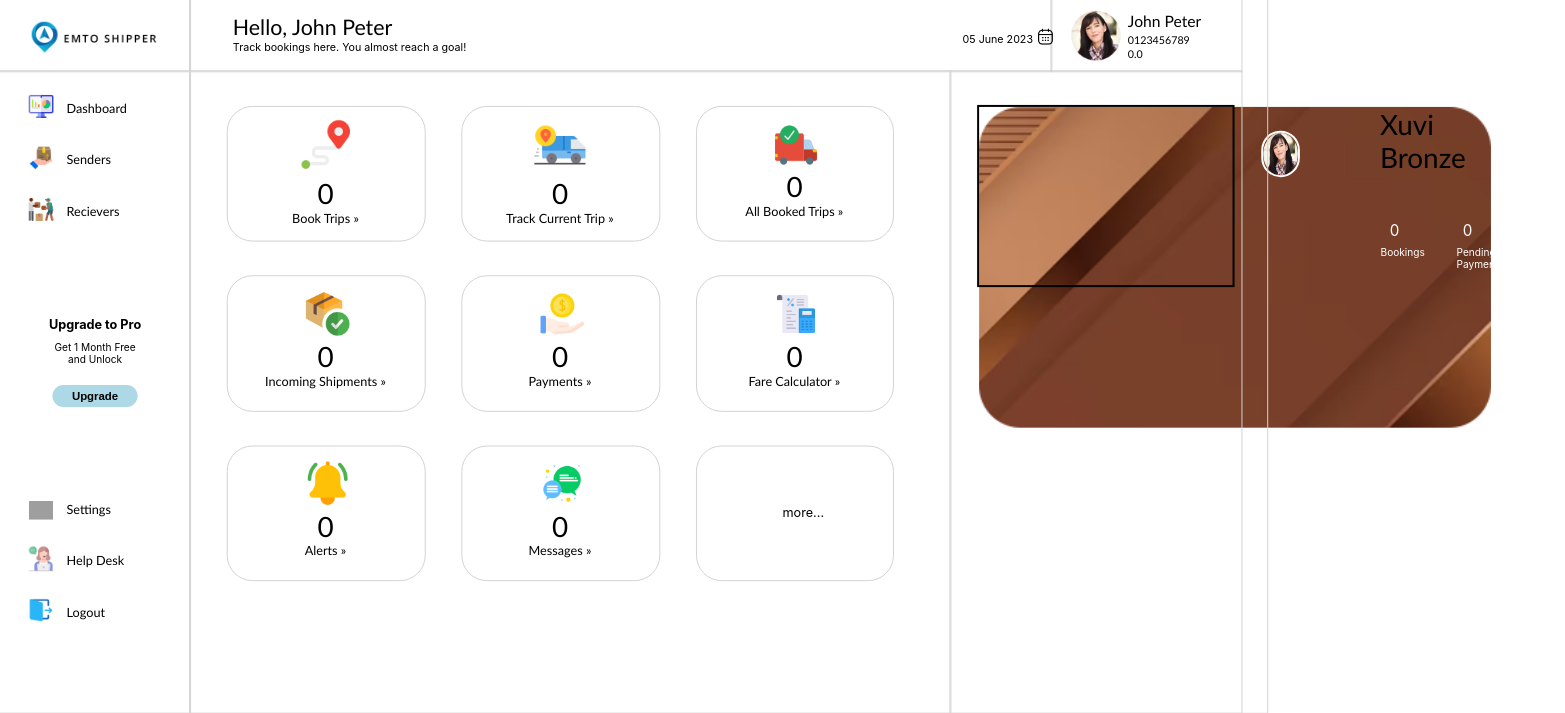
Repository: RoshanArun/Emto-Web
Page: /dashboard (app in emto/reactfirst/)
An editor plug-in stored every save of this project. The page is shown before and after the next save, followed by the edit.
The browser window is 1280 px wide. The page is 1581 px wide, then 1574 px, so the pictures cover 1581 px, including what lies to the right of the window. The pictures show the whole page, at 99% of full size.
Pictures or frames that could not be fetched are drawn as grey boxes. The project was rebuilt for these pictures with package versions that can differ from the ones it lists, and the page was loaded fresh each time. Also part of the build but not shown: emto/reactfirst/src/pages/SignUp/SignUp.css, emto/reactfirst/src/pages/SignUp/SignUp.js, emto/reactfirst/src/pages/Login/Login.js.

Above is the page before, as saved 2023-07-30 02:22:34.

After the next save:
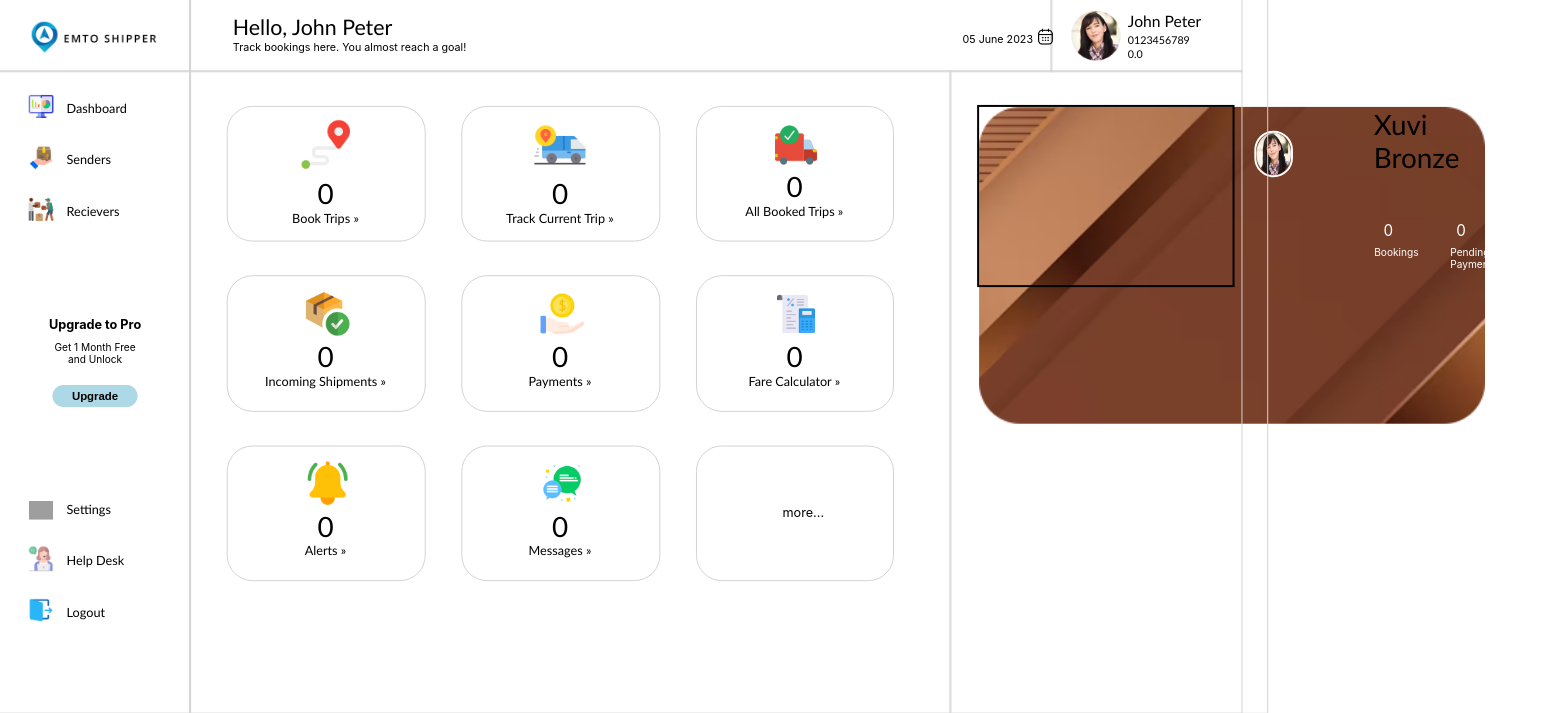
Saved 6 s later.
--- a/emto/reactfirst/src/pages/DashBoard/DashBoard.css
+++ b/emto/reactfirst/src/pages/DashBoard/DashBoard.css
@@ -235,7 +235,7 @@
 }
 
 .bronze{
-  height: 45vh;
+  height: 25vw;
   min-height: 140px;
   display: inline-block;
 }
